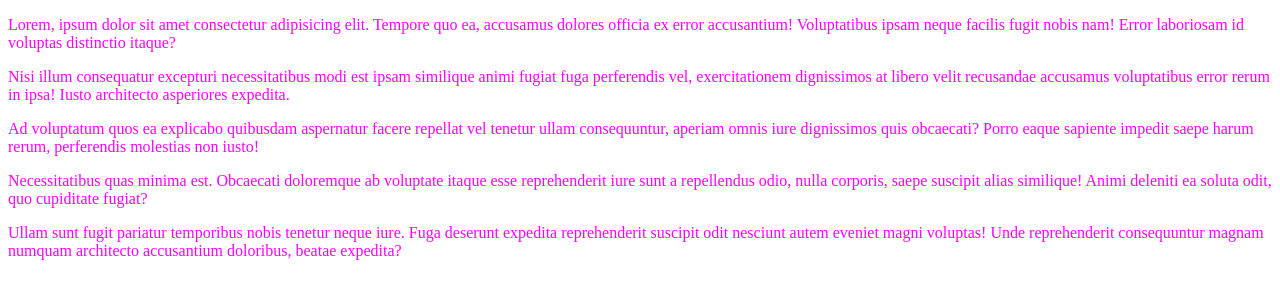
Repository: Filip-Husic/AW_frontend
Page: css1.html
These files come from the project's save history. The page is drawn as it stood at one moment and after the next save; the edit follows.
The browser window is 1280 px wide. The pictures show the whole page.

Above is the page before, as saved 2022-11-23 15:32:39.

After the next save:
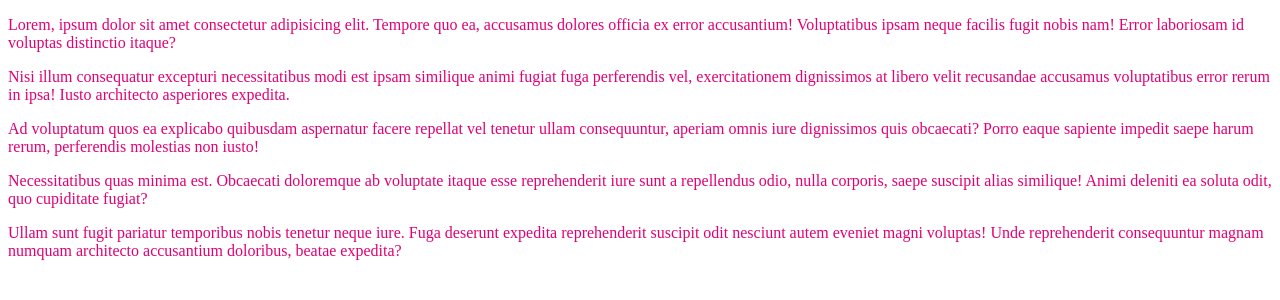
Saved 74 s later.
--- a/css1.html
+++ b/css1.html
@@ -20,7 +20,7 @@
         tag selector
         */
         p{
-            color: magenta;
+            color: #e20074;
         }
 
     </style>
